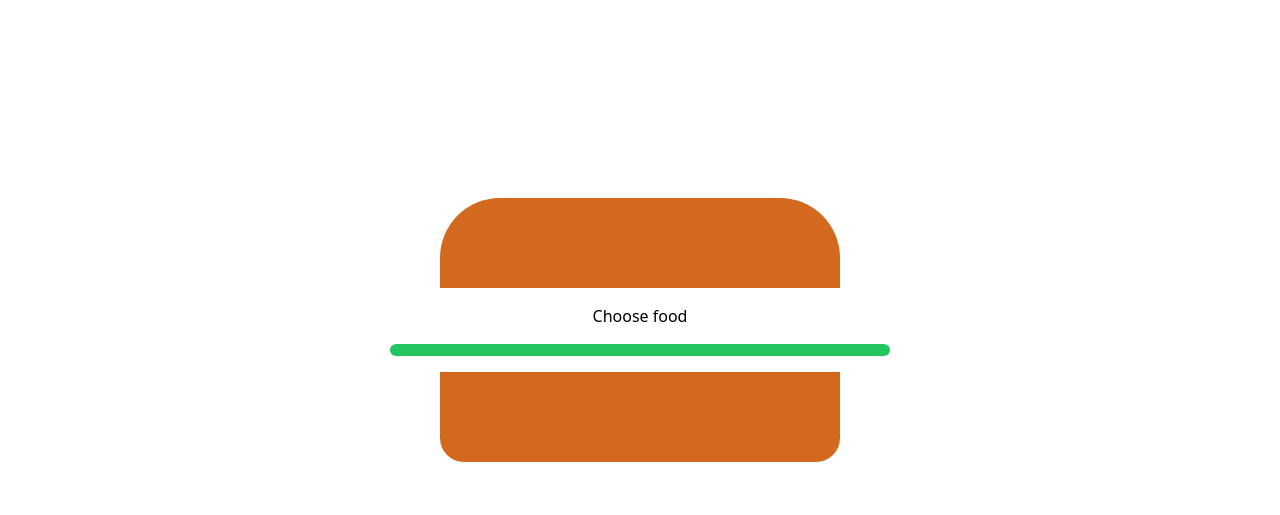
Repository: baobaodeveloper/bootcamp21_HuynhAnhBao_Burger
Page: /
An editor plug-in stored every save of this project. The page is shown before and after the next save, followed by the edit.
The browser window is 1280 px wide. The pictures show the whole page.
The project was rebuilt for these pictures with package versions that can differ from the ones it lists, and the page was loaded fresh each time. Also part of the build but not shown: vite.config.js.

Above is the page before, as saved 2022-05-15 16:45:48.

After the next save:
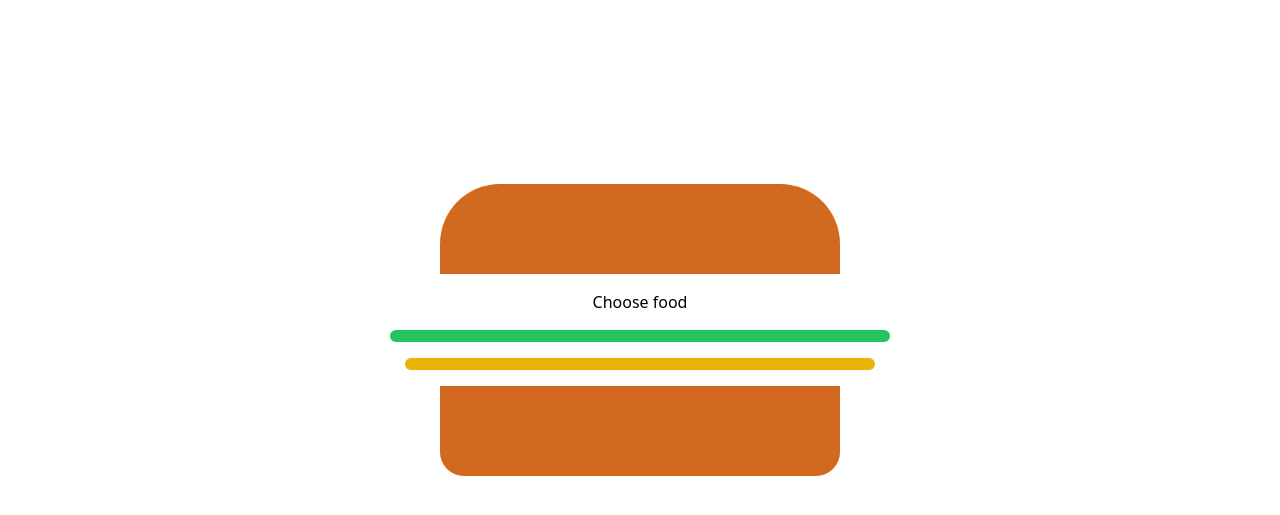
Saved 43 s later.
--- a/src/components/Burger.jsx
+++ b/src/components/Burger.jsx
@@ -11,6 +11,7 @@ export default function Burger() {
           <p>Choose food</p>
           {/* loop here */}
           <div className="h-3 bg-green-500 w-[500px] rounded-full"></div>
+          <div className="h-3 bg-yellow-500 w-[470px] rounded-full"></div>
 
           <div className="w-full bg-[#D2691E] h-[90px] rounded-br-3xl rounded-bl-3xl"></div>
         </div>
